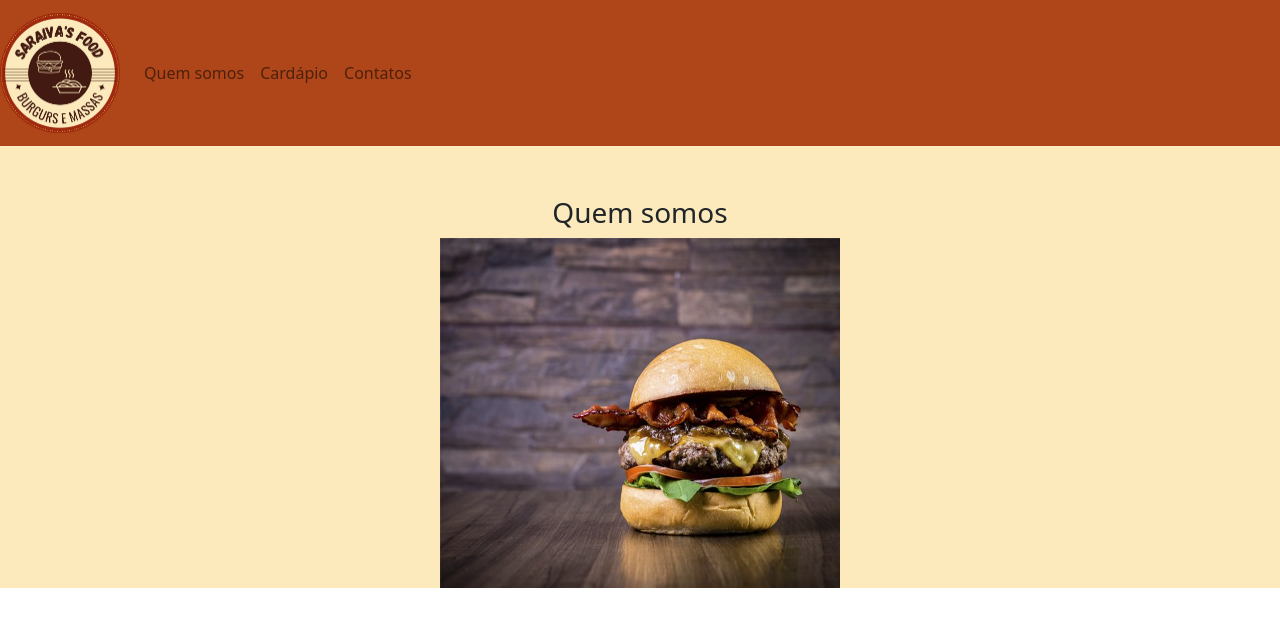
Repository: Tuanemendes/curso_bootstrap
Page: projeto1/index.html
These files come from the project's save history. The page is drawn as it stood at one moment and after the next save; the edit follows.
The browser window is 1280 px wide. The pictures show the whole page.

Above is the page before, as saved 2022-04-04 16:36:15.

After the next save:
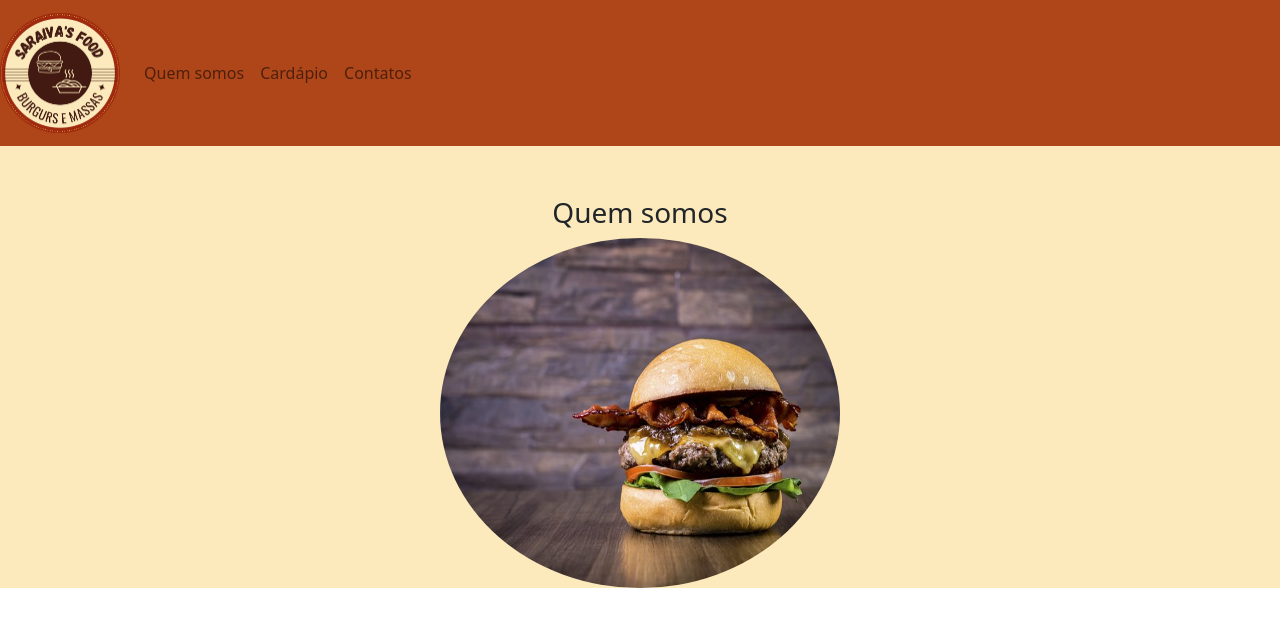
Saved 43 s later.
--- a/projeto1/index.html
+++ b/projeto1/index.html
@@ -31,7 +31,7 @@
     <section id="quemsomos">
         <div class="container-fluid quem-somos text-center margin">
             <h3>Quem somos</h3>
-            <img src="/img/como-montar-uma-hamburgueria.jpg" class="" alt="burgueria" width="400" height="350">
+            <img src="/img/como-montar-uma-hamburgueria.jpg" class="rounded-circle" alt="burgueria" width="400" height="350">
         </div>
     </section>
 </body>
